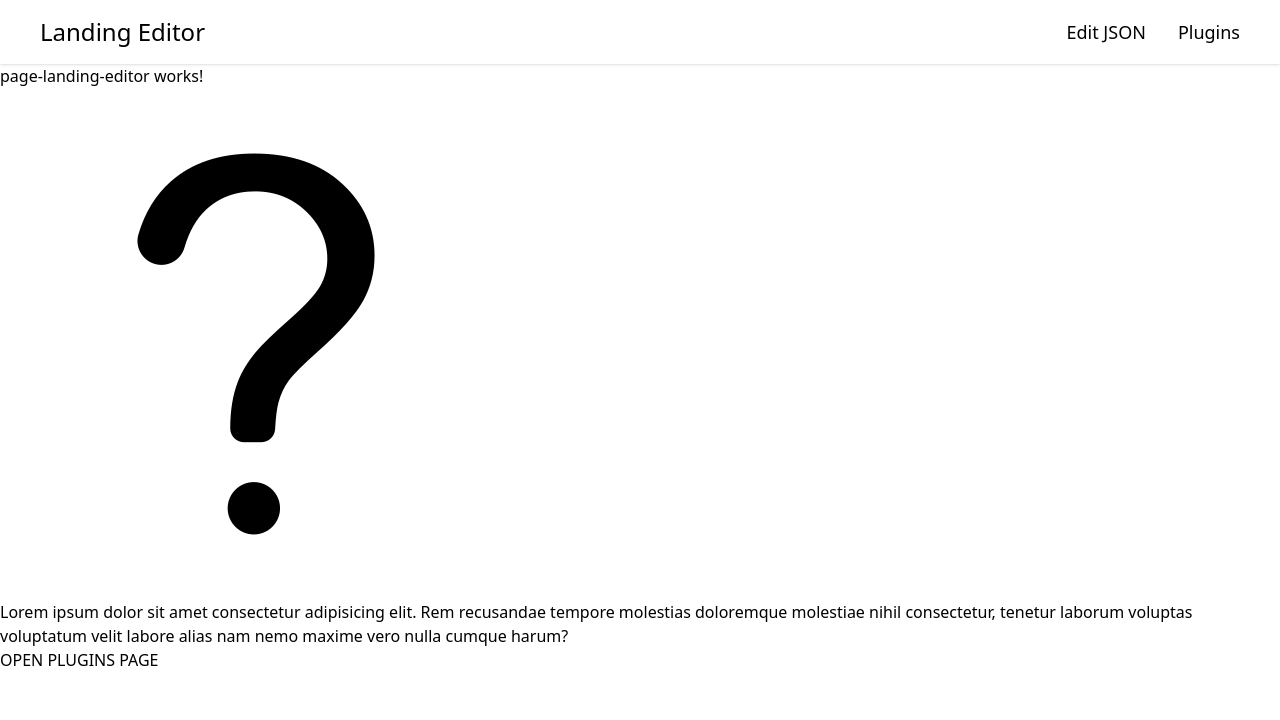
Repository: ShumilovMikhail/plugins-app
Page: / (app in app/frontend/)
An editor plug-in stored every save of this project. The page is shown before and after the next save, followed by the edit.
The browser window is 1280 px wide. The pictures show the whole page.
The project was rebuilt for these pictures with package versions that can differ from the ones it lists, and the page was loaded fresh each time. Also part of the build but not shown: app/frontend/angular.json.

Above is the page before, as saved 2024-05-13 08:09:41.

### app/frontend/src/app/app.component.ts
import { Component } from '@angular/core';
import { RouterOutlet } from '@angular/router';

import { LayoutComponent } from './layout/layout/layout.component';

@Component({
  selector: 'app-root',
  standalone: true,
  imports: [RouterOutlet, LayoutComponent],
  templateUrl: './app.component.html',
})
export class AppComponent {
}

### app/frontend/src/app/app.routes.ts
import { Routes } from '@angular/router';

export const routes: Routes = [
  {
    path: '',
    pathMatch: 'full',
    redirectTo: 'editor'
  },
  {
    path: 'editor',
    loadComponent: () => import('./pages/page-landing-editor/page-landing-editor.component').then(c => c.PageLandingEditorComponent),
  }
];

### app/frontend/src/app/layout/layout/layout.component.ts
import { Component } from '@angular/core';

import { HeaderComponent } from '../header/header.component';

@Component({
  selector: 'app-layout',
  standalone: true,
  imports: [HeaderComponent],
  templateUrl: './layout.component.html',
})
export class LayoutComponent {

}

### app/frontend/src/app/pages/page-landing-editor/page-landing-editor.component.ts
import { Component } from '@angular/core';

@Component({
  selector: 'app-page-landing-editor',
  standalone: true,
  imports: [],
  templateUrl: './page-landing-editor.component.html',
})
export class PageLandingEditorComponent {

}

### app/frontend/src/app/layout/layout/layout.component.html
<div class="w-screen">
  <app-header></app-header>
  <ng-content></ng-content>
</div>

### app/frontend/src/app/layout/header/header.component.ts
import { Component, inject } from '@angular/core';
import { RouterLink } from '@angular/router';

import { HeaderService } from '../../services/header.service';

@Component({
  selector: 'app-header',
  standalone: true,
  imports: [RouterLink],
  templateUrl: './header.component.html',
})
export class HeaderComponent {
  protected readonly headerService = inject(HeaderService);
};

### app/frontend/src/app/pages/page-landing-editor/page-landing-editor.component.html
<p>page-landing-editor works!</p>
<img src="/assets/empty-page-question.png" alt="">
<p>
  Lorem ipsum dolor sit amet consectetur adipisicing elit. Rem recusandae tempore molestias doloremque molestiae nihil
  consectetur, tenetur laborum voluptas voluptatum velit labore alias nam nemo maxime vero nulla cumque harum?
</p>
OPEN PLUGINS PAGE

### app/frontend/src/app/layout/header/header.component.html
<div class="h-16 px-10 w-full shadow flex items-center justify-between">
  <span class="text-2xl flex-1">{{headerService.pageName()}}</span>
  <div class="flex gap-8">
    <a class="text-lg" routerLink="/editor/json">Edit JSON</a>
    <a class="text-lg" routerLink="/store">Plugins</a>
  </div>
</div>

### app/frontend/src/app/services/header.service.ts
import { Injectable, signal } from "@angular/core";

@Injectable({
  providedIn: 'root'
})
export class HeaderService {
  pageName = signal('Landing Editor');
};

Loaded but not shown: app/frontend/src/index.html (common file); app/frontend/src/styles.scss (common file); app/frontend/src/main.ts (common file); app/frontend/src/app/app.config.ts (common file); app/frontend/src/app/app.component.html (common file); app/frontend/tailwind.config.js (common file)

After the next save:
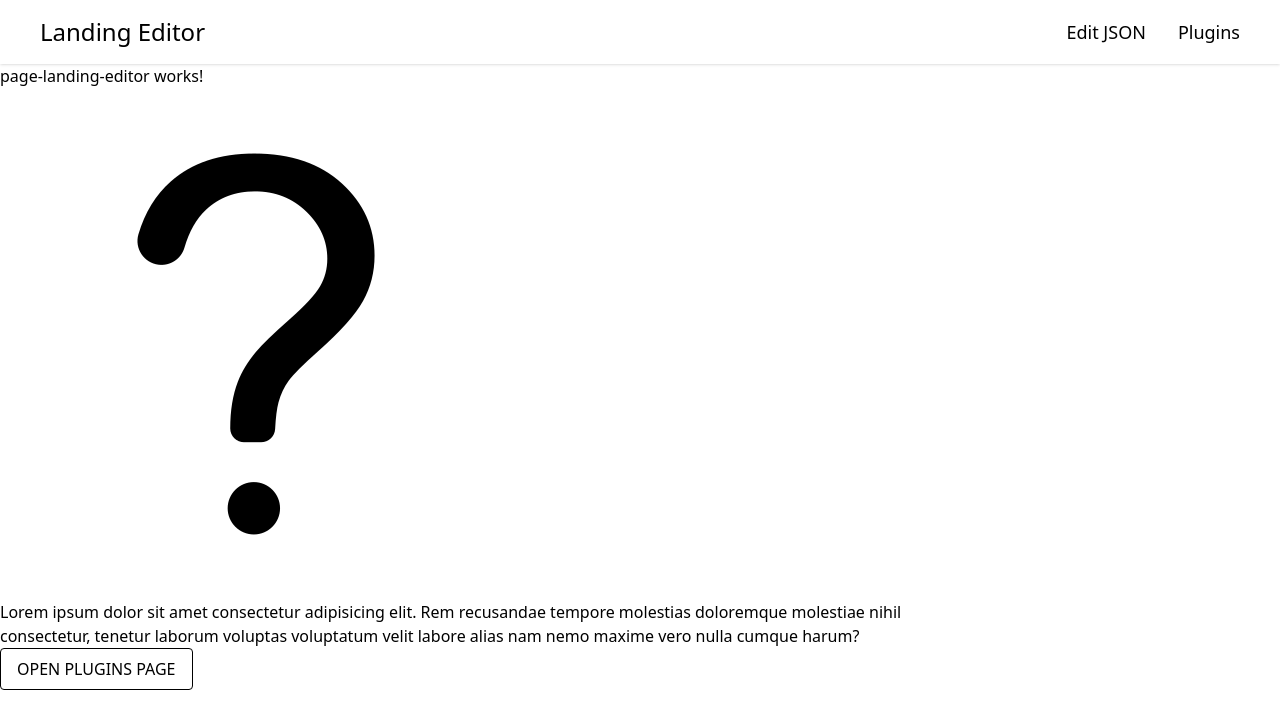
Saved 61 s later.
--- a/app/frontend/src/app/pages/page-landing-editor/page-landing-editor.component.html
+++ b/app/frontend/src/app/pages/page-landing-editor/page-landing-editor.component.html
@@ -1,7 +1,12 @@
 <p>page-landing-editor works!</p>
-<img src="/assets/empty-page-question.png" alt="">
-<p>
-  Lorem ipsum dolor sit amet consectetur adipisicing elit. Rem recusandae tempore molestias doloremque molestiae nihil
-  consectetur, tenetur laborum voluptas voluptatum velit labore alias nam nemo maxime vero nulla cumque harum?
-</p>
-OPEN PLUGINS PAGE
+<div>
+  <img src="/assets/empty-page-question.png" alt="">
+  <p>
+    Lorem ipsum dolor sit amet consectetur adipisicing elit. Rem recusandae tempore molestias doloremque molestiae nihil
+    <br>
+    consectetur, tenetur laborum voluptas voluptatum velit labore alias nam nemo maxime vero nulla cumque harum?
+  </p>
+  <button class="px-4 py-2 border rounded border-black">
+    OPEN PLUGINS PAGE
+  </button>
+</div>
